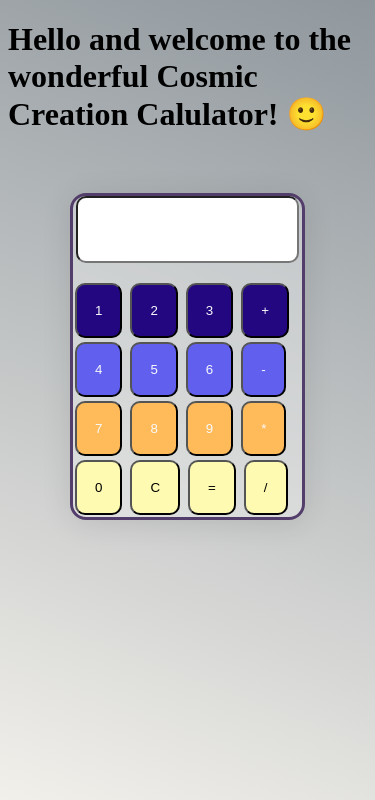
Repository: CrazyPaine/GameBoy-Calculator
Page: index.html
The author's editor kept a copy of each file at every save. The page is drawn from the files as they stood at one save, then again after the next save.
The browser window is 375 px wide. The pictures show the whole page.

Above is the page before, as saved 2024-02-04 20:38:27.

After the next save:
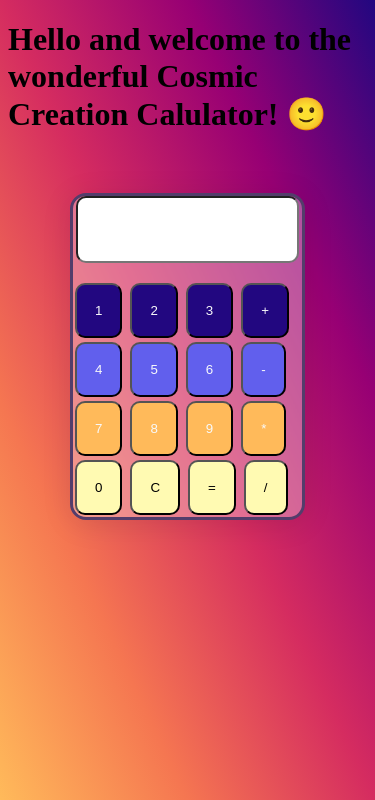
Saved 29 min 16 s later.
--- a/styles.css
+++ b/styles.css
@@ -29,8 +29,7 @@ title {
 }
 
 body {
-    background: rgb(143, 151, 157);
-     background: linear-gradient(201deg, rgba(143, 151, 157, 1) 0%, rgba(242, 240, 235, 1) 100%);
+    background-image: linear-gradient(to left bottom, #220780, #970074, #d52c60, #f57651, #ffba5a);
 }
 
 #display{
